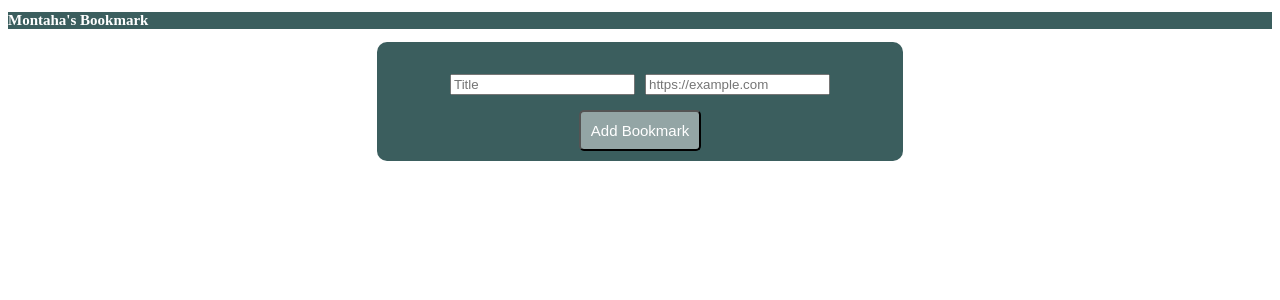
Repository: eidimontaha18-maker/finalproject
Page: index.html
An editor plug-in stored every save of this project. The page is shown before and after the next save, followed by the edit.
The browser window is 1280 px wide. The pictures show the whole page.

Above is the page before, as saved 2025-11-25 23:29:56.

### index.html
<!DOCTYPE html>
<html lang="en">
<head>
    <meta charset="UTF-8">
    <meta name="viewport" content="width=device-width, initial-scale=1.0">
    <title>Montaha's Bookmark</title>
    <link rel="stylesheet" href="style.css">
</head>
<body>
    <nav>
        <h1>Montaha's Bookmark</h1>
    </nav>

    <main>
        <div class="addbookmark">
            <input type="text" placeholder="Title" />
            <input type="text" placeholder="https://example.com" />
            <br>
            <button id="addbtn">Add Bookmark</button>
        </div>
    </main>

</body>
</html>

### style.css
.addbookmark{
    background-color: rgb(59, 94, 94);
    padding: 10px;
    width: 40%;
    margin: auto;
    border-radius: 10px;
    text-align: center;
    font-size: 40px;
}
#addbtn{
    background-color: rgb(147, 165, 165);
    color: white;
    padding: 10px;
    border-radius: 5px;
    font-size: 15px;
    cursor: pointer;
}

nav{
    background-color: rgb(59, 94, 94);
    text-align: left;
    font-size: 10px;
    color: white;
    font-weight: bold;
}

After the next save:
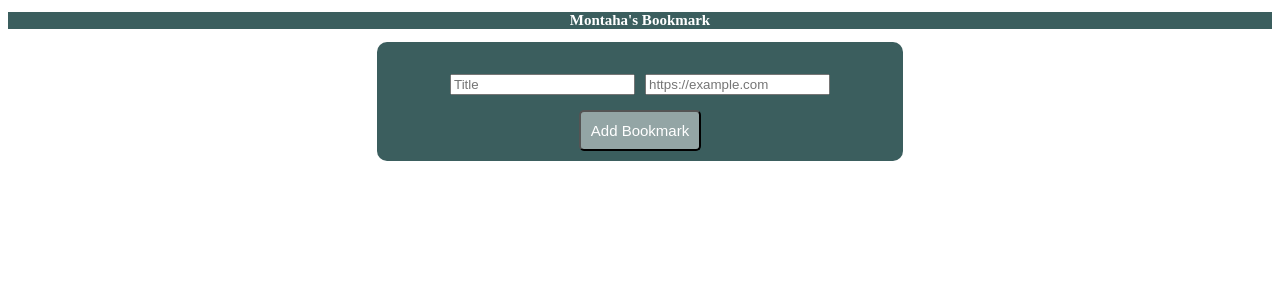
Saved 19 s later.
--- a/style.css
+++ b/style.css
@@ -18,7 +18,7 @@
 
 nav{
     background-color: rgb(59, 94, 94);
-    text-align: left;
+    text-align: center;
     font-size: 10px;
     color: white;
     font-weight: bold;

After the save that followed:
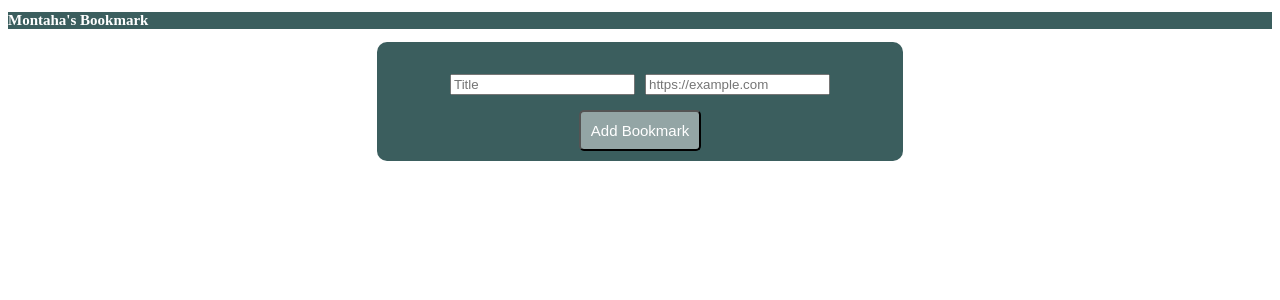
Saved 14 s later.
--- a/style.css
+++ b/style.css
@@ -18,7 +18,7 @@
 
 nav{
     background-color: rgb(59, 94, 94);
-    text-align: center;
+    text-align: left;
     font-size: 10px;
     color: white;
     font-weight: bold;
